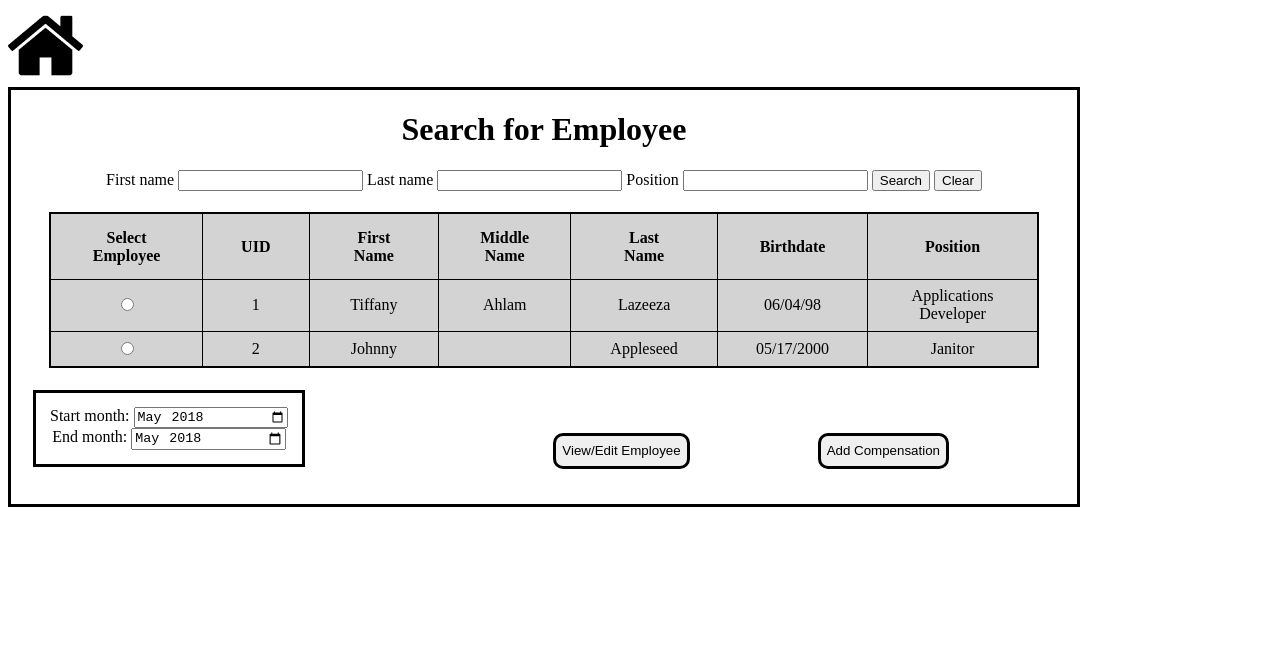
Repository: ticross18/SpringBootEmployeeSystem
Page: EmploymentSystem/src/main/resources/static/searchEmp.html
An editor plug-in stored every save of this project. The page is shown before and after the next save, followed by the edit.
The browser window is 1280 px wide. The pictures show the whole page.

Above is the page before, as saved 2022-05-17 18:17:51.

After the next save:
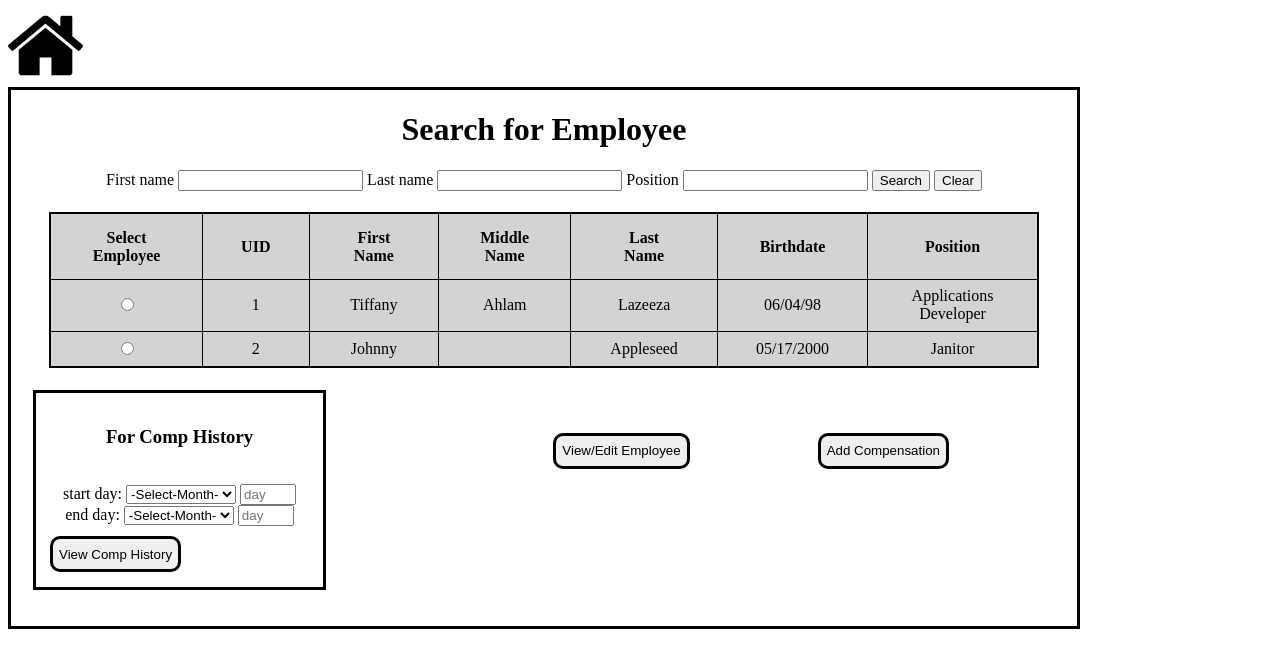
Saved 23 s later.
--- a/EmploymentSystem/src/main/resources/static/searchEmp.html
+++ b/EmploymentSystem/src/main/resources/static/searchEmp.html
@@ -60,13 +60,47 @@
      <button type="button" class="optionButtons" onclick="location.href = '#';" style="float:right; margin-top:6vh;" id="viewEditEmp"> View/Edit Employee </button>
 
 	<div id="dateRange">
-		<label for="start">Start month:</label>
-		<input type="month" id="start" name="start"
-     		  min="2018-03" value="2018-05">    <br>
+		<h3>For Comp History</h3><br>
 
-		<label for="start">End month:</label>
-		<input type="month" id="end" name="end"
-     		  min="2018-03" value="2018-05">
+		<label >start day:</label>
+		    <select class='monthDropDown'>
+			    <option selected value=''>-Select-Month-</option>
+			    <option value='1'>January</option>
+			    <option value='2'>February</option>
+			    <option value='3'>March</option>
+			    <option value='4'>April</option>
+			    <option value='5'>May</option>
+			    <option value='6'>June</option>
+			    <option value='7'>July</option>
+			    <option value='8'>August</option>
+			    <option value='9'>September</option>
+			    <option value='10'>October</option>
+			    <option value='11'>November</option>
+			    <option value='12'>December</option>
+		    </select>
+		    <input type="number"min="1" max="31" placeholder="day"/>
+
+		    <br>
+
+		<label>end day:</label>
+		<select class='monthDropDown'>
+		    <option selected value=''>-Select-Month-</option>
+		    <option value='1'>January</option>
+		    <option value='2'>February</option>
+		    <option value='3'>March</option>
+		    <option value='4'>April</option>
+		    <option value='5'>May</option>
+		    <option value='6'>June</option>
+		    <option value='7'>July</option>
+		    <option value='8'>August</option>
+		    <option value='9'>September</option>
+		    <option value='10'>October</option>
+		    <option value='11'>November</option>
+		    <option value='12'>December</option>
+	    </select>
+	    <input type="number"min="1" max="31" placeholder="day"/>
+	     <br><button type="button" class="optionButtons" onclick="location.href = '#';" id="compHistory" > View Comp History </button>
+
 	</div>
 
 
